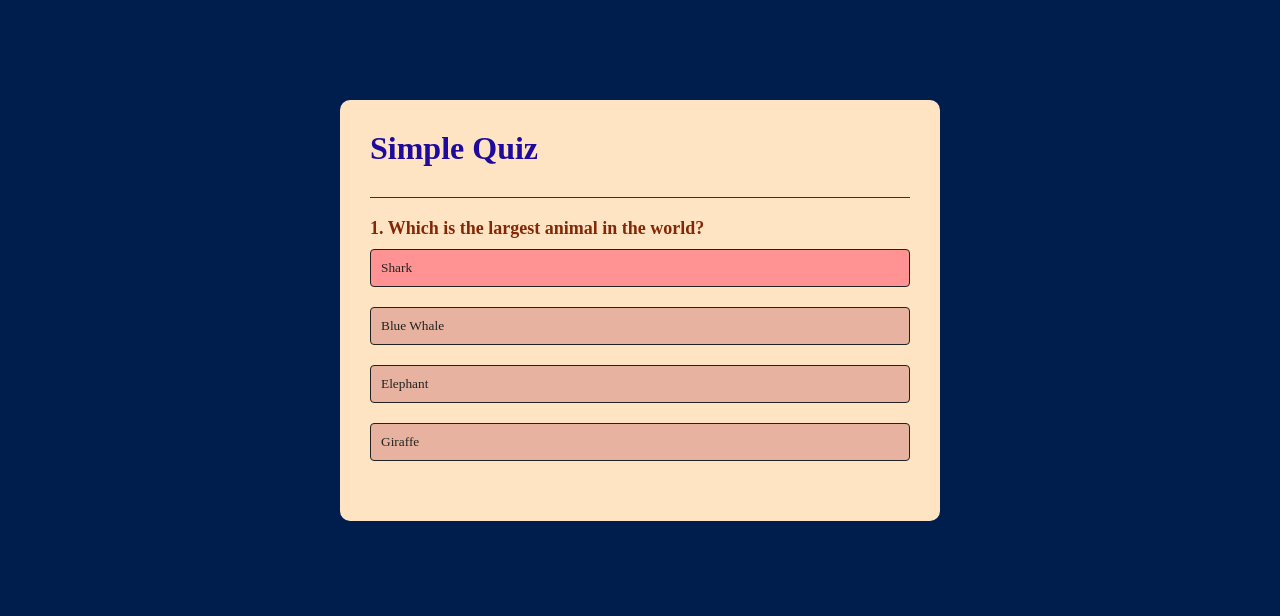
Repository: supriya123yadav/Quiz-project
Page: index.html
The author's editor kept a copy of each file at every save. The page is drawn from the files as they stood at one save, then again after the next save.
The browser window is 1280 px wide. The pictures show the whole page.
After loading, the first visible `button.btn` was clicked once.

Above is the page before, as saved 2024-07-11 10:28:43.

After the next save:
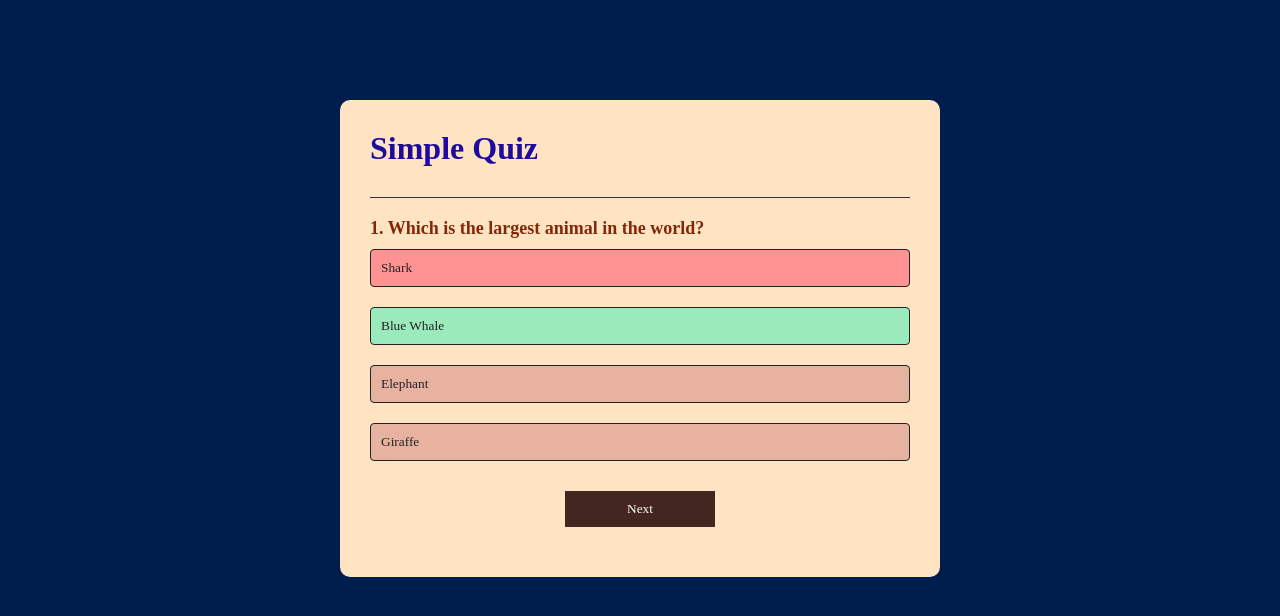
Saved 5 min 18 s later.
--- a/script.js
+++ b/script.js
@@ -91,6 +91,15 @@ function selectAnswer(e){
    else{
       selectedBtn.classList.add("incorrect");
    }
+   Array.from(answerButtons.children).forEach(button => {
+      if(button.dataset.correct === "true"){
+         button.classList.add("correct");
+
+      }
+      button.disabled = true;
+
+   });
+   nextButton.style.display = "block";
 }
 
 startQuiz();
